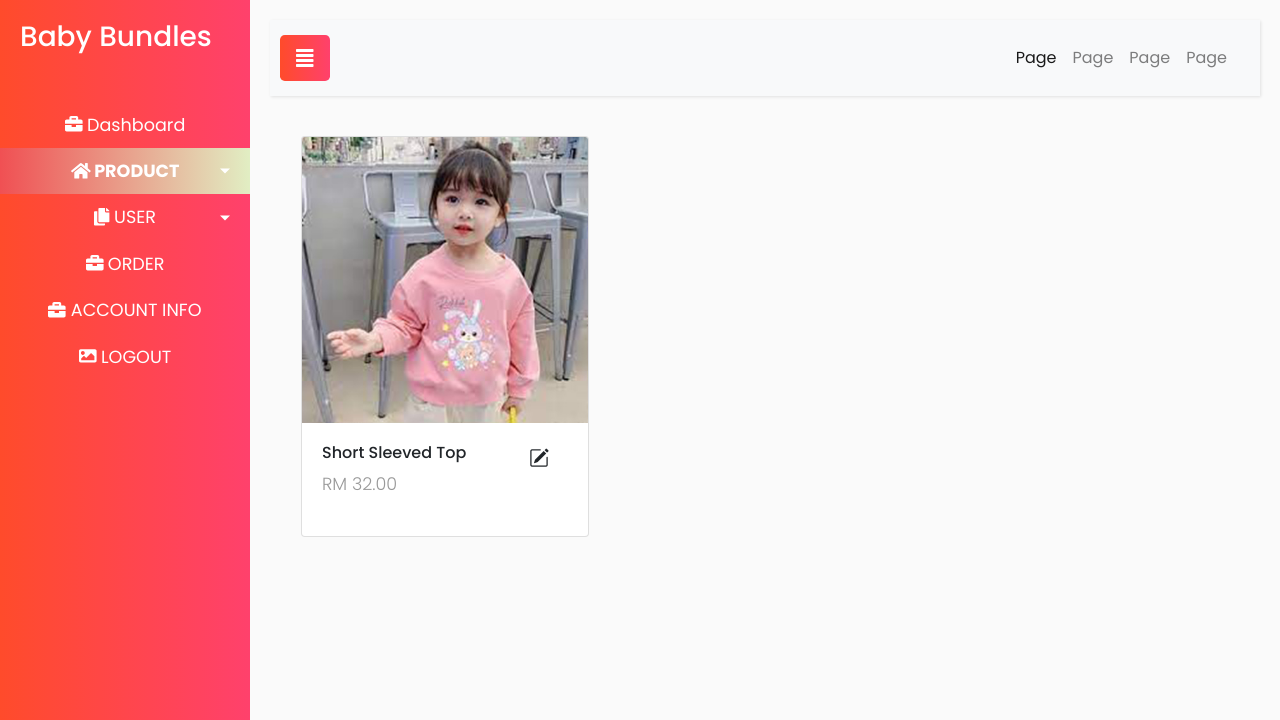
Repository: jiahow99/Baby-Bundles-University
Page: http://localhost/admin.php
These files come from the project's save history. The page is drawn as it stood at one moment and after a run of saves; the edit follows.
The browser window is 1280 px wide. The pictures show the whole page.
Some web libraries are served in a nearby version. The page is run by PHP 8.4 with error messages shown; the project is at /var/www/html/.

Above is the page before, as saved 2022-11-24 17:30:17.

### admin.php
<!DOCTYPE html>
<html>

<head>
    <meta charset="utf-8">
    <meta name="viewport" content="width=device-width, initial-scale=1.0">
    <meta http-equiv="X-UA-Compatible" content="IE=edge">

    <title>Admin</title>

    <!-- Bootstrap CSS CDN -->
    <link rel="stylesheet" href="https://stackpath.bootstrapcdn.com/bootstrap/4.1.0/css/bootstrap.min.css" integrity="sha384-9gVQ4dYFwwWSjIDZnLEWnxCjeSWFphJiwGPXr1jddIhOegiu1FwO5qRGvFXOdJZ4" crossorigin="anonymous">
    <!-- Our Custom CSS -->
    <link rel="stylesheet" href="css/admin.style.css">

    <!-- Font Awesome JS -->
    <script defer src="https://use.fontawesome.com/releases/v5.0.13/js/solid.js" integrity="sha384-tzzSw1/Vo+0N5UhStP3bvwWPq+uvzCMfrN1fEFe+xBmv1C/AtVX5K0uZtmcHitFZ" crossorigin="anonymous"></script>
    <script defer src="https://use.fontawesome.com/releases/v5.0.13/js/fontawesome.js" integrity="sha384-6OIrr52G08NpOFSZdxxz1xdNSndlD4vdcf/q2myIUVO0VsqaGHJsB0RaBE01VTOY" crossorigin="anonymous"></script>
    <!-- Bootstrap Icon -->
    <link rel="stylesheet" href="https://cdn.jsdelivr.net/npm/bootstrap-icons@1.3.0/font/bootstrap-icons.css">

</head>

<body>

    <div class="wrapper">
        <!-- Sidebar  -->
        <nav id="sidebar">
            <div class="sidebar-header">
                <h3>Baby Bundles</h3>
                <strong>BS</strong>
            </div>

            <ul class="list-unstyled components">
                <!-- Dashboard -->
                <li>
                    <a href="#">
                        <i class="fas fa-briefcase"></i>
                        <span id="aboutlabel">Dashboard</span>
                    </a>
                </li>
                <!-- Product -->
                <li class="active">
                    <a href="#homeSubmenu" data-toggle="collapse" aria-expanded="false" class="dropdown-toggle">
                        <i class="fas fa-home"></i>
                        <span id="homelabel">PRODUCT</span>
                    </a>
                    <ul class="collapse list-unstyled" id="homeSubmenu">
                        <li>
                            <a href="#">ADD PRODUCT</a>
                        </li>
                        <li>
                            <a href="#">DELETE PRODUCT</a>
                        </li>
                        <li>
                            <a href="#">VIEW ALL</a>
                        </li>
                    </ul>
                </li>
                <!-- User -->
                <li>
                    <a href="#pageSubmenu" data-toggle="collapse" aria-expanded="false" class="dropdown-toggle">
                        <i class="fas fa-copy"></i>
                        <span id="pagelabel">USER</span>
                    </a>
                    <ul class="collapse list-unstyled" id="pageSubmenu">
                        <li>
                            <a href="#">ADD USER</a>
                        </li>
                        <li>
                            <a href="#">DELETE USER</a>
                        </li>
                        <li>
                            <a href="#">VIEW ALL</a>
                        </li>
                    </ul>
                </li>
                <!-- Order -->
                <li>
                    <a href="#">
                        <i class="fas fa-briefcase"></i>
                        <span id="aboutlabel">ORDER</span>
                    </a>
                </li>
                <!-- Account Info -->
                <li>
                    <a href="#">
                        <i class="fas fa-briefcase"></i>
                        <span id="aboutlabel">ACCOUNT INFO</span>
                    </a>
                </li>
                <!-- Log out -->
                <li>
                    <a href="#">
                        <i class="fas fa-image"></i>
                        <span id="portfoliolabel">LOGOUT</span>
                    </a>
                </li>
            </ul>


        </nav>

        <!-- Page Content  -->
        <div id="content">

            <nav class="navbar navbar-expand-lg navbar-light bg-light">
                <div class="container-fluid pl-0">

                    <button type="button" id="sidebarCollapse" class="btn-lg btn-primary">
                        <i class="fas fa-align-justify"></i>
                        <!-- <span>Toggle Sidebar</span> -->
                    </button>
                    <button class="btn btn-dark d-inline-block d-lg-none ml-auto" type="button" data-toggle="collapse" data-target="#navbarSupportedContent" aria-controls="navbarSupportedContent" aria-expanded="false" aria-label="Toggle navigation">
                        <i class="fas fa-align-justify"></i>
                    </button>

                    <div class="collapse navbar-collapse" id="navbarSupportedContent">
                        <ul class="nav navbar-nav ml-auto">
                            <li class="nav-item active">
                                <a class="nav-link" href="#">Page</a>
                            </li>
                            <li class="nav-item">
                                <a class="nav-link" href="#">Page</a>
                            </li>
                            <li class="nav-item">
                                <a class="nav-link" href="#">Page</a>
                            </li>
                            <li class="nav-item">
                                <a class="nav-link" href="#">Page</a>
                            </li>
                        </ul>
                    </div>
                </div>
            </nav>

            <div class="row mx-3">
                <div class="col-3">
                    <!-- Product card -->
                    <div class="card" style="width: 18rem;">
                        <img class="card-img-top" src="img/top/top01.jpg" >
                        <div class="card-body">
                            <div class="row">
                                <!-- Title and Price -->
                                <div class="col-9">
                                    <h6>Short Sleeved Top</h6>
                                    <p>RM 32.00</p>
                                </div>
                                <!-- Edit icon -->
                                <div class="col-3" style="font-size:20px;"><i class="bi bi-pencil-square"></i></div>
                            </div>
                        </div>
                        </div>
                    </div>
            </div>
    </div>

    <!-- jQuery CDN - Slim version (=without AJAX) -->
    <script src="https://code.jquery.com/jquery-3.3.1.slim.min.js" integrity="sha384-q8i/X+965DzO0rT7abK41JStQIAqVgRVzpbzo5smXKp4YfRvH+8abtTE1Pi6jizo" crossorigin="anonymous"></script>
    <!-- Popper.JS -->
    <script src="https://cdnjs.cloudflare.com/ajax/libs/popper.js/1.14.0/umd/popper.min.js" integrity="sha384-cs/chFZiN24E4KMATLdqdvsezGxaGsi4hLGOzlXwp5UZB1LY//20VyM2taTB4QvJ" crossorigin="anonymous"></script>
    <!-- Bootstrap JS -->
    <script src="https://stackpath.bootstrapcdn.com/bootstrap/4.1.0/js/bootstrap.min.js" integrity="sha384-uefMccjFJAIv6A+rW+L4AHf99KvxDjWSu1z9VI8SKNVmz4sk7buKt/6v9KI65qnm" crossorigin="anonymous"></script>

    <script type="text/javascript">
        $(document).ready(function () {
            $('#sidebarCollapse').on('click', function () {
                $('#sidebar').toggleClass('active');
                $('#homelabel').toggleClass('d-none');
                $('#aboutlabel').toggleClass('d-none');
                $('#pagelabel').toggleClass('d-none');
                $('#portfoliolabel').toggleClass('d-none');
                $('#faqlabel').toggleClass('d-none');
                $('#contactlabel').toggleClass('d-none');
            });
        });
    </script>
</body>

</html>

### css/admin.style.css
/*
    DEMO STYLE
*/

@import "https://fonts.googleapis.com/css?family=Poppins:300,400,500,600,700";

body {
    font-family: 'Poppins', sans-serif;
    background: #fafafa;
}

p {
    font-family: 'Poppins', sans-serif;
    font-size: 1.1em;
    font-weight: 300;
    line-height: 1.7em;
    color: #999;
}

a,
a:hover,
a:focus {
    color: inherit;
    text-decoration: none;
    transition: all 0.3s;
}

.navbar {
    padding: 15px 10px;
    background: #fff;
    border: none;
    border-radius: 0;
    margin-bottom: 40px;
    box-shadow: 1px 1px 3px rgba(0, 0, 0, 0.1);
}

.navbar-btn {
    box-shadow: none;
    outline: none !important;
    border: none;
}

.line {
    width: 100%;
    height: 1px;
    border-bottom: 1px dashed #ddd;
    margin: 40px 0;
}

i,
span {
    display: inline-block;
}

/* ---------------------------------------------------
    SIDEBAR STYLE
----------------------------------------------------- */

.wrapper {
    display: flex;
    align-items: stretch;
}

#sidebar {
    min-width: 250px;
    max-width: 250px;
    background: #FF416C;  /* fallback for old browsers */
    background: -webkit-linear-gradient(to right, #FF4B2B, #FF416C);  /* Chrome 10-25, Safari 5.1-6 */
    background: linear-gradient(to right, #FF4B2B, #FF416C); /* W3C, IE 10+/ Edge, Firefox 16+, Chrome 26+, Opera 12+, Safari 7+ */
    color: #fff;
    transition: all 0.3s;
}

#sidebar.active {
    min-width: 80px;
    max-width: 80px;
    text-align: center;
}

#sidebar.active .sidebar-header h3,
#sidebar.active .CTAs {
    display: none;
}

#sidebar.active .sidebar-header strong {
    display: block;
}

#sidebar ul li a {
    text-align: left;
}

#sidebar.active ul li a {
    padding: 20px 10px;
    text-align: center;
    font-size: 0.85em;
}

#sidebar.active ul li a i {
    margin-right: 0;
    display: block;
    font-size: 1.8em;
    margin-bottom: 5px;
}

#sidebar.active ul ul a {
    padding: 10px !important;
}

#sidebar.active .dropdown-toggle::after {
    top: auto;
    bottom: 10px;
    right: 50%;
    -webkit-transform: translateX(50%);
    -ms-transform: translateX(50%);
    transform: translateX(50%);
}

#sidebar .sidebar-header {
    padding: 20px;
    background: #FF416C;  /* fallback for old browsers */
    background: -webkit-linear-gradient(to right, #FF4B2B, #FF416C);  /* Chrome 10-25, Safari 5.1-6 */
    background: linear-gradient(to right, #FF4B2B, #FF416C); /* W3C, IE 10+/ Edge, Firefox 16+, Chrome 26+, Opera 12+, Safari 7+ */
}

#sidebar .sidebar-header strong {
    display: none;
    font-size: 1.8em;
}

#sidebar ul.components {
    padding: 20px 0;
}

#sidebar ul li a {
    padding: 10px;
    font-size: 1.1em;
    display: block;
    text-align: center;
}

#sidebar ul li a:hover {
    color: #dc1522;
    background: #fff;
    font-weight: bolder;
}

#sidebar ul li a i {
    margin-right: 10px;
}

#sidebar ul li.active>a,
a[aria-expanded="true"] {
    color: #fff;
    background: #e1eec3;  /* fallback for old browsers */
    background: -webkit-linear-gradient(to right, #f05053, #e1eec3);  /* Chrome 10-25, Safari 5.1-6 */
    background: linear-gradient(to right, #f05053, #e1eec3); /* W3C, IE 10+/ Edge, Firefox 16+, Chrome 26+, Opera 12+, Safari 7+ */
    font-weight: bolder;
}

a[data-toggle="collapse"] {
    position: relative;
}

.dropdown-toggle::after {
    display: block;
    position: absolute;
    top: 50%;
    right: 20px;
    transform: translateY(-50%);
}

ul ul a {
    font-size: 0.9em !important;
    padding-left: 30px !important;
    background: #6d7fcc;
}

ul.CTAs {
    padding: 20px;
}

ul.CTAs a {
    text-align: center;
    font-size: 0.9em !important;
    display: block;
    border-radius: 5px;
    margin-bottom: 5px;
}

a.download {
    background: #fff;
    color: #7386D5;
}

a.article,
a.article:hover {
    background: #6d7fcc !important;
    color: #fff !important;
}

/* ---------------------------------------------------
    CONTENT STYLE
----------------------------------------------------- */

#content {
    width: 100%;
    padding: 20px;
    min-height: 100vh;
    transition: all 0.3s;
}

/* ---------------------------------------------------
    MEDIAQUERIES
----------------------------------------------------- */

@media (max-width: 768px) {
    #sidebar {
        min-width: 80px;
        max-width: 80px;
        text-align: center;
        margin-left: -80px !important;
    }
    .dropdown-toggle::after {
        top: auto;
        bottom: 10px;
        right: 50%;
        -webkit-transform: translateX(50%);
        -ms-transform: translateX(50%);
        transform: translateX(50%);
    }
    #sidebar.active {
        margin-left: 0 !important;
    }
    #sidebar .sidebar-header h3,
    #sidebar .CTAs {
        display: none;
    }
    #sidebar .sidebar-header strong {
        display: block;
    }
    #sidebar ul li a {
        padding: 20px 10px;
    }
    #sidebar ul li a span {
        font-size: 0.85em;
    }
    #sidebar ul li a i {
        margin-right: 0;
        display: block;
    }
    #sidebar ul ul a {
        padding: 10px !important;
    }
    #sidebar ul li a i {
        font-size: 1.3em;
    }
    #sidebar {
        margin-left: 0;
    }
    #sidebarCollapse span {
        display: none;
    }
}

#homeSubmenu li a,#pageSubmenu li a{
    background: #ED213A;  /* fallback for old browsers */
    background: -webkit-linear-gradient(to right, #93291E, #ED213A);  /* Chrome 10-25, Safari 5.1-6 */
    background: linear-gradient(to right, #93291E, #ED213A); /* W3C, IE 10+/ Edge, Firefox 16+, Chrome 26+, Opera 12+, Safari 7+ */



}

.btn-primary{
    background: #FF416C;  /* fallback for old browsers */
    background: -webkit-linear-gradient(to right, #FF4B2B, #FF416C);  /* Chrome 10-25, Safari 5.1-6 */
    background: linear-gradient(to right, #FF4B2B, #FF416C); /* W3C, IE 10+/ Edge, Firefox 16+, Chrome 26+, Opera 12+, Safari 7+ */
    border: 0;
    cursor: pointer;
}

After the next 2 saves:
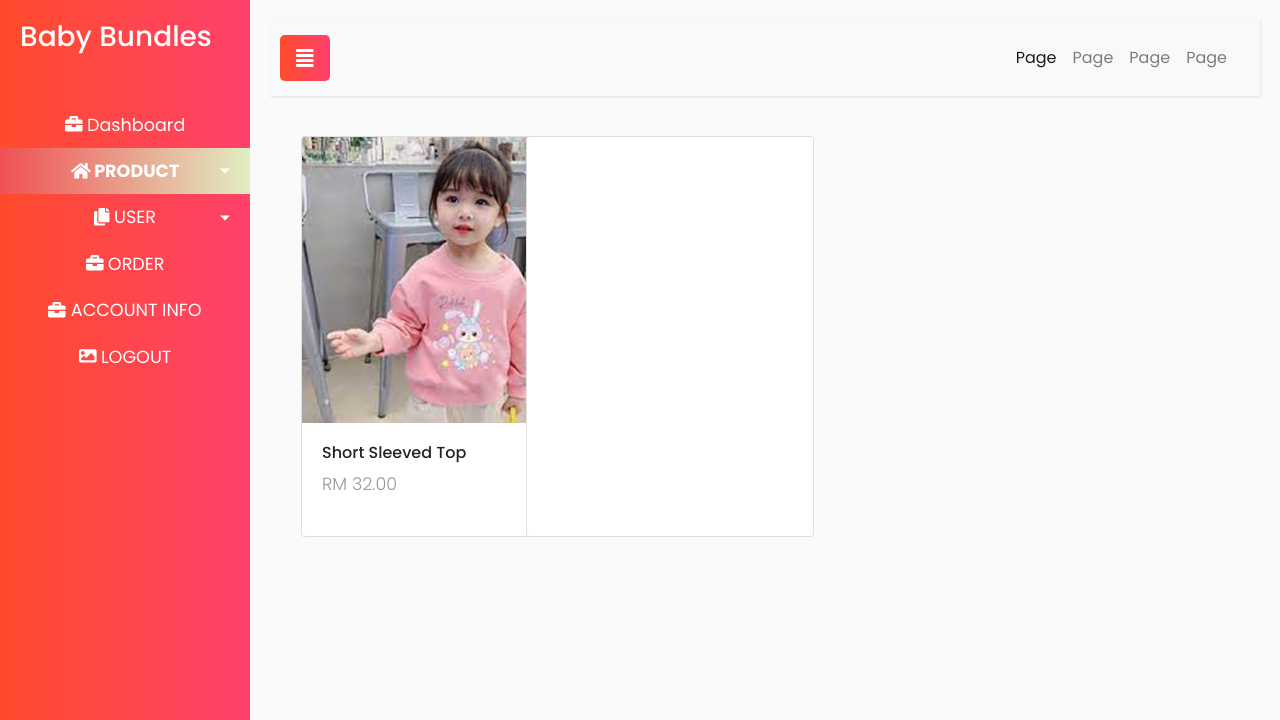
The 2 saves are shown as one change because they came seconds apart.
The last was saved 12 s later.
--- a/admin.php
+++ b/admin.php
@@ -137,21 +137,21 @@
             <div class="row mx-3">
                 <div class="col-3">
                     <!-- Product card -->
-                    <div class="card" style="width: 18rem;">
+                    <a class="card" style="width: 18rem;">
                         <img class="card-img-top" src="img/top/top01.jpg" >
-                        <div class="card-body">
-                            <div class="row">
-                                <!-- Title and Price -->
-                                <div class="col-9">
-                                    <h6>Short Sleeved Top</h6>
-                                    <p>RM 32.00</p>
+                            <div class="card-body">
+                                <div class="row">
+                                    <!-- Title and Price -->
+                                    <div class="col-9">
+                                        <h6>Short Sleeved Top</h6>
+                                        <p>RM 32.00</p>
+                                    </div>
+                                    <!-- Edit icon -->
+                                    <div class="col-3" style="font-size:20px;"><i class="bi bi-pencil-square"></i></div>
                                 </div>
-                                <!-- Edit icon -->
-                                <div class="col-3" style="font-size:20px;"><i class="bi bi-pencil-square"></i></div>
                             </div>
                         </div>
-                        </div>
-                    </div>
+</a>
             </div>
     </div>
 

After the 2 saves that followed:
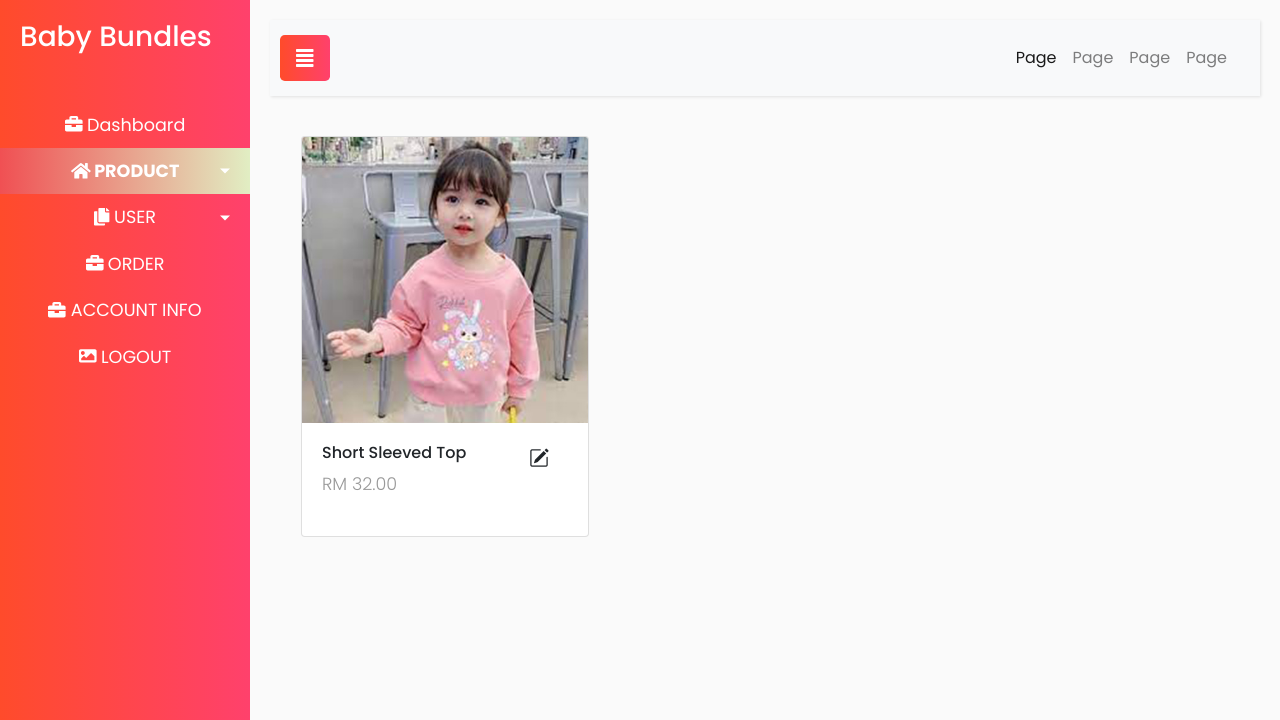
The 2 saves are shown as one change because 1 left the picture as it was.
The last was saved 20 s later.
--- a/admin.php
+++ b/admin.php
@@ -150,8 +150,8 @@
                                     <div class="col-3" style="font-size:20px;"><i class="bi bi-pencil-square"></i></div>
                                 </div>
                             </div>
-                        </div>
 </a>
+                    </div>
             </div>
     </div>
 
